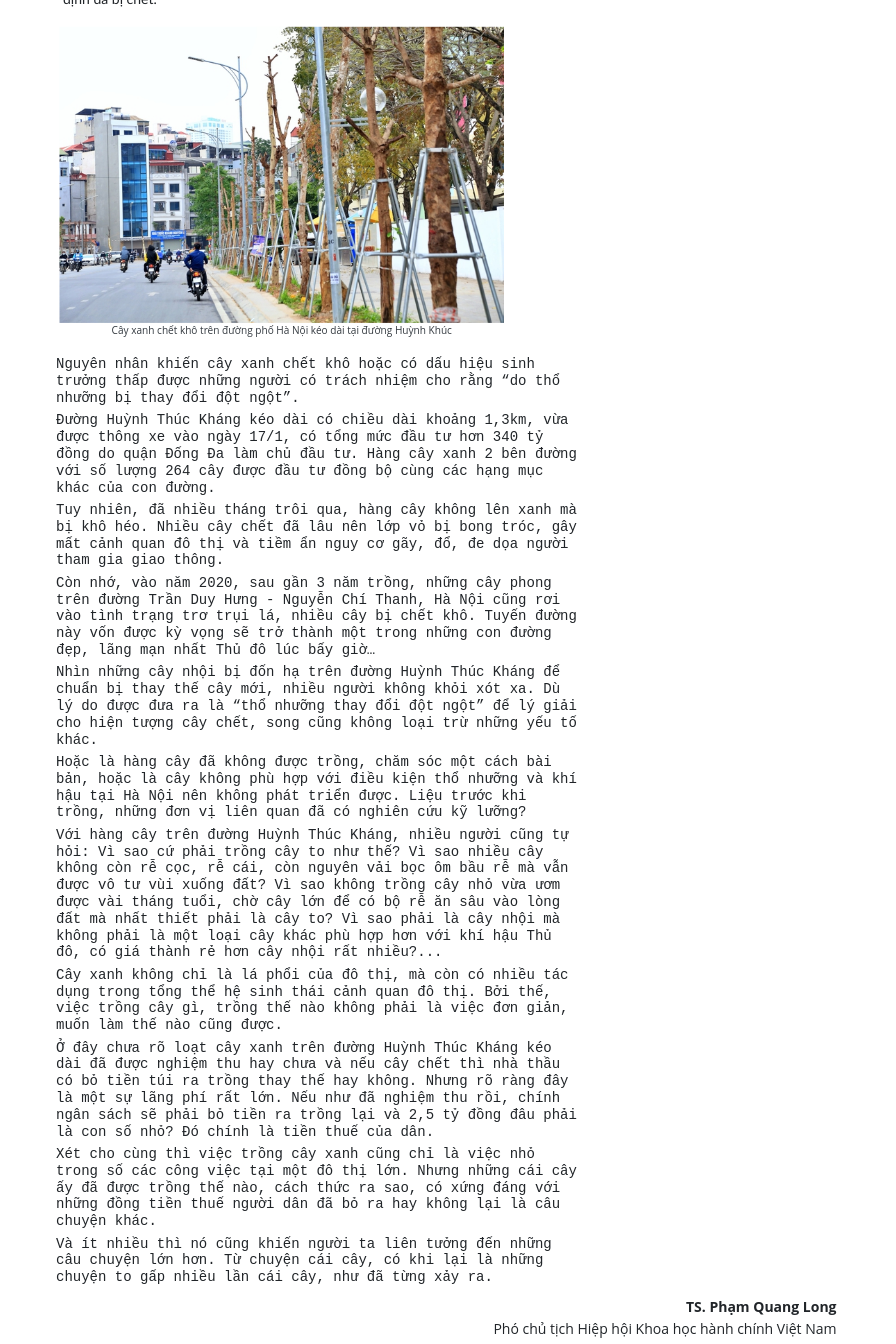
Repository: TRITO719/18_TrinhQuocToan_20081631
Page: So37/html/caykho.html
These files come from the project's save history. The page is drawn as it stood at one moment and after a run of saves; the edit follows.
The browser window is 1280 px wide. The pictures show the part of the page from y = 885 to 2805 px (the page is 2805 px tall), at 70% of full size.

Above is the page before, as saved 2023-04-19 12:58:55.

### So37/html/caykho.html
<!DOCTYPE html>
<html lang="en">
<head>
    <meta charset="UTF-8">
    <meta http-equiv="X-UA-Compatible" content="IE=edge">
    <meta name="viewport" content="width=device-width, initial-scale=1.0">
    <title>Document</title>
    <link rel="stylesheet" href="../css/bootstrap.min.css">
    <script src="../js/jquery-3.6.4.min.js"></script>
    <script src="../js/bootstrap.min.js"></script>
    <link rel="stylesheet" href="../css/style.css">
    <link rel="stylesheet" href="https://cdnjs.cloudflare.com/ajax/libs/font-awesome/4.7.0/css/font-awesome.min.css">
</head>
<body>
    <!--Tao thuong hieu va menu-->
    <div class="container">
        <!--Nhan-->
        <a  href="">
            <img class="navbar-brand-item mx-auto d-block" src="../img/Capture.PNG" alt="">
        </a>
        <!--Menu-->
        <nav class="navbar navbar-expand-lg  navbar-light bg-light sticky-top">
            <div class="navbar-collapse collapse show" id="navbar">
                <ul class="navbar-nav">
                    <!--Trang chu-->
                    <li class="nav-item dropdown">
                        <a class="nav-link dropdown-toggle" id="trangchu" data-toggle="dropdown" aria-haspopup="true" aria-expanded="false" href="#">Trang chủ</a>
                        <div class="dropdown-menu" aria-labelledby="trangchu">
                            <a class="dropdown-item" href="#">Trang chính</a>
                            <a class="dropdown-item" href="#">Trang mua sắm</a>
                            <a class="dropdown-item" href="#">Trang giới thiệu</a>
                        </div>
                    </li>

                        <li class="nav-item dropdown">
                            <a class="nav-link dropdown-toggle" href="#" id="thoisuDropdown" role="button" data-toggle="dropdown" aria-haspopup="true" aria-expanded="false">Thời sự
                            </a>
                            <div class="dropdown-menu" aria-labelledby="thoisuDropdown">
                                <a class="dropdown-item" href="#">Tin nóng</a>
                                <a class="dropdown-item" href="#">Tin mới</a>
                                <a class="dropdown-item" href="#">Tin trong ngày</a>
                                <a class="dropdown-item" href="#">Tin trong tuần</a>
                                <a class="dropdown-item" href="#">Tin chính trị</a>
                                <a class="dropdown-item" href="#">Tin kinh tế</a>
                                <a class="dropdown-item" href="#">Tin giáo dục </a>
                                <a class="dropdown-item" href="#">Tin quân sự</a>
                            </div>
                        </li>
                        <li class="nav-item dropdown">
                            <a class="nav-link dropdown-toggle" href="#" id="thoisuDropdown" role="button" data-toggle="dropdown" aria-haspopup="true" aria-expanded="false">Thế giới
                            </a>
                            <div class="dropdown-menu" aria-labelledby="thoisuDropdown">
                                <a class="dropdown-item" href="#">Tin nóng</a>
                                <a class="dropdown-item" href="#">Tin mới</a>
                                <a class="dropdown-item" href="#">Tin trong ngày</a>
                                <a class="dropdown-item" href="#">Tin trong tuần</a>
                                <a class="dropdown-item" href="#">Tin chính trị</a>
                                <a class="dropdown-item" href="#">Tin kinh tế</a>
                                <a class="dropdown-item" href="#">Tin giáo dục </a>
                                <a class="dropdown-item" href="#">Tin quân sự</a>
                            </div>
                        </li>
                        <li class="nav-item ">
                            <a class="nav-link" href="">Video</a>

                        </li>
                        <li class="nav-item ">
                            <a class="nav-link" href="">Chủ đề</a>

                        </li>

                        <div class="col ml-auto">
                            <form class="d-flex">
                                <input class="form-control me-2" type="search" placeholder="Tìm kiếm" aria-label="Search">
                                <button class="btn btn-outline-success" type="submit">Tìm kiếm</button>
                            </form>

                        </div>

                </ul>

            </div>

        </nav>
        <div class="row text-center " style="font-family:'Gill Sans', 'Gill Sans MT', Calibri, 'Trebuchet MS', sans-serif">
            <h1>Cây xanh chết khô trên đường phố Hà Nội kéo dài tại đường Huỳnh Khúc</h1>
            <p class="text-muted" >04/04/2023</p>
            <h5 class="font-weight-bold">Sáng 3/4, nhiều cây nhội chết khô có đường kính thân 20-25cm trên vỉa hè dọc đường Huỳnh Thúc Kháng kéo dài (Hà Nội) đã được nhổ lên.</h5>
                <figure>
                    <img src="../img/cay-xanh-chet-kho-tren-duong-huynh-thuc-khang-keo-dai-2-16803995389678631728.jpg" class="d-block w-100 trans" alt="Hình ảnh 1">
                    <figcaption class="figure-caption text-center text-dark ">
                        Cây xanh chết khô trên đường phố Hà Nội kéo dài tại đường Huỳnh Khúc
                    </figcaption>


        </div>
        <div class="row">
            <div class="col-7" style="margin: 10px;padding: 10px; font-family: 'Gill Sans', 'Gill Sans MT', Calibri, 'Trebuchet MS', sans-serif;">
                <h5>Hạng mục cây xanh trên tuyến đường này có trị giá khoảng 2,5 tỷ đồng, do nhà thầu thi công là liên danh Công ty Đường bộ Phú Thọ và Công ty CP Đầu tư DCC Hà Nội thực hiện. Trước mắt, có vài chục cây được xác định đã bị chết.</h5>

            </div>
            <div class="col-4">

            </div>
            <div class="col-sm-7 col-md-7">
                    <figure>
                        <img src="../img/cay-xanh-chet-kho-tren-duong-huynh-thuc-khang-keo-dai-2-16803995389678631728.jpg" class="d-block w-100 trans" alt="Hình ảnh 1">
                        <figcaption class="figure-caption text-center text-dark ">
                            Cây xanh chết khô trên đường phố Hà Nội kéo dài tại đường Huỳnh Khúc
                        </figcaption>
                    </figure>
            </div>
            <div class="col-4">

            </div>
            <div class="col-8" style="font-family:monospace; margin: 5px; padding: 5px;">
                <h5>
                    Nguyên nhân khiến cây xanh chết khô hoặc có dấu hiệu sinh trưởng thấp được những người có trách nhiệm cho rằng “do thổ nhưỡng bị thay đổi đột ngột”.
                </h5>
                <h5>
                    Đường Huỳnh Thúc Kháng kéo dài có chiều dài khoảng 1,3km, vừa được thông xe vào ngày 17/1, có tổng mức đầu tư hơn 340 tỷ đồng do quận Đống Đa làm chủ đầu tư. Hàng cây xanh 2 bên đường với số lượng 264 cây được đầu tư đồng bộ cùng các hạng mục khác của con đường.
                </h5>
                <h5>
                    Tuy nhiên, đã nhiều tháng trôi qua, hàng cây không lên xanh mà bị khô héo. Nhiều cây chết đã lâu nên lớp vỏ bị bong tróc, gây mất cảnh quan đô thị và tiềm ẩn nguy cơ gãy, đổ, đe dọa người tham gia giao thông.
                </h5>
                <h5>
                    Còn nhớ, vào năm 2020, sau gần 3 năm trồng, những cây phong trên đường Trần Duy Hưng - Nguyễn Chí Thanh, Hà Nội cũng rơi vào tình trạng trơ trụi lá, nhiều cây bị chết khô. Tuyến đường này vốn được kỳ vọng sẽ trở thành một trong những con đường đẹp, lãng mạn nhất Thủ đô lúc bấy giờ…
                </h5>
                <h5>
                    Nhìn những cây nhội bị đốn hạ trên đường Huỳnh Thúc Kháng để chuẩn bị thay thế cây mới, nhiều người không khỏi xót xa. Dù lý do được đưa ra là “thổ nhưỡng thay đổi đột ngột” để lý giải cho hiện tượng cây chết, song cũng không loại trừ những yếu tố khác.
                </h5>
                <h5>
                    Hoặc là hàng cây đã không được trồng, chăm sóc một cách bài bản, hoặc là cây không phù hợp với điều kiện thổ nhưỡng và khí hậu tại Hà Nội nên không phát triển được. Liệu trước khi trồng, những đơn vị liên quan đã có nghiên cứu kỹ lưỡng?
                </h5>
                <h5>
                    Với hàng cây trên đường Huỳnh Thúc Kháng, nhiều người cũng tự hỏi: Vì sao cứ phải trồng cây to như thế? Vì sao nhiều cây không còn rễ cọc, rễ cái, còn nguyên vải bọc ôm bầu rễ mà vẫn được vô tư vùi xuống đất? Vì sao không trồng cây nhỏ vừa ươm được vài tháng tuổi, chờ cây lớn để có bộ rễ ăn sâu vào lòng đất mà nhất thiết phải là cây to? Vì sao phải là cây nhội mà không phải là một loại cây khác phù hợp hơn với khí hậu Thủ đô, có giá thành rẻ hơn cây nhội rất nhiều?...
                </h5>
                <h5>
                    Cây xanh không chỉ là lá phổi của đô thị, mà còn có nhiều tác dụng trong tổng thể hệ sinh thái cảnh quan đô thị. Bởi thế, việc trồng cây gì, trồng thế nào không phải là việc đơn giản, muốn làm thế nào cũng được.
                </h5>
                <h5>
                    Ở đây chưa rõ loạt cây xanh trên đường Huỳnh Thúc Kháng kéo dài đã được nghiệm thu hay chưa và nếu cây chết thì nhà thầu có bỏ tiền túi ra trồng thay thế hay không. Nhưng rõ ràng đây là một sự lãng phí rất lớn. Nếu như đã nghiệm thu rồi, chính ngân sách sẽ phải bỏ tiền ra trồng lại và 2,5 tỷ đồng đâu phải là con số nhỏ? Đó chính là tiền thuế của dân.
                </h5>
                <h5>
                    Xét cho cùng thì việc trồng cây xanh cũng chỉ là việc nhỏ trong số các công việc tại một đô thị lớn. Nhưng những cái cây ấy đã được trồng thế nào, cách thức ra sao, có xứng đáng với những đồng tiền thuế người dân đã bỏ ra hay không lại là câu chuyện khác.

                </h5>
                <h5>
                    Và ít nhiều thì nó cũng khiến người ta liên tưởng đến những câu chuyện lớn hơn. Từ chuyện cái cây, có khi lại là những chuyện to gấp nhiều lần cái cây, như đã từng xảy ra.
                </h5>
            </div>


        </div>
        <div class="text-right">
            <h5 class="font-weight-bold">
                TS. Phạm Quang Long
            </h5>
            <h5>
                Phó chủ tịch Hiệp hội Khoa học hành chính Việt Nam
            </h5>

        </div>


</body>

### So37/css/style.css
.trans:hover{
    transform: scale(1.05);
    box-shadow: 0 0 10px rgba(0, 0, 0, 0.5);
    transition: transform 0.5s ease-in-out, box-shadow 0.5s ease-in-out;
}
.row1{
    padding: 10px;
    margin: 10px;
}
#text1{
    font-family: 'Trebuchet MS', 'Lucida Sans Unicode', 'Lucida Grande', 'Lucida Sans', Arial, sans-serif;
}
@import url(https://fonts.googleapis.com/css?family=Open+Sans:400,500,300,700);
* {
    font-family: Open Sans;
  }

  section {
    width: 100%;
    display: inline-block;
    background: #333;
    height: 50vh;
    text-align: center;
    font-size: 22px;
    font-weight: 700;
    text-decoration: underline;
  }

  .footer-distributed{
      background: #666;
      box-shadow: 0 1px 1px 0 rgba(0, 0, 0, 0.12);
      box-sizing: border-box;
      width: 100%;
      text-align: left;
      font: bold 16px sans-serif;
      padding: 55px 50px;
  }

  .footer-distributed .footer-left,
  .footer-distributed .footer-center,
  .footer-distributed .footer-right{
      display: inline-block;
      vertical-align: top;
  }

  /* Footer left */

  .footer-distributed .footer-left{
      width: 40%;
  }

  /* The company logo */

  .footer-distributed h3{
      color:  #ffffff;
      font: normal 36px 'Open Sans', cursive;
      margin: 0;
  }

  .footer-distributed h3 span{
      color:  lightseagreen;
  }

  /* Footer links */

  .footer-distributed .footer-links{
      color:  #ffffff;
      margin: 20px 0 12px;
      padding: 0;
  }

  .footer-distributed .footer-links a{
      display:inline-block;
      line-height: 1.8;
    font-weight:400;
      text-decoration: none;
      color:  inherit;
  }

  .footer-distributed .footer-company-name{
      color:  #222;
      font-size: 14px;
      font-weight: normal;
      margin: 0;
  }

  /* Footer Center */

  .footer-distributed .footer-center{
      width: 35%;
  }

  .footer-distributed .footer-center i{
      background-color:  #33383b;
      color: #ffffff;
      font-size: 25px;
      width: 38px;
      height: 38px;
      border-radius: 50%;
      text-align: center;
      line-height: 42px;
      margin: 10px 15px;
      vertical-align: middle;
  }

  .footer-distributed .footer-center i.fa-envelope{
      font-size: 17px;
      line-height: 38px;
  }

  .footer-distributed .footer-center p{
      display: inline-block;
      color: #ffffff;
    font-weight:400;
      vertical-align: middle;
      margin:0;
  }

  .footer-distributed .footer-center p span{
      display:block;
      font-weight: normal;
      font-size:14px;
      line-height:2;
  }

  .footer-distributed .footer-center p a{
      color:  lightseagreen;
      text-decoration: none;;
  }

  .footer-distributed .footer-links a:before {
    content: "|";
    font-weight:300;
    font-size: 20px;
    left: 0;
    color: #fff;
    display: inline-block;
    padding-right: 5px;
  }

  .footer-distributed .footer-links .link-1:before {
    content: none;
  }

  /* Footer Right */

  .footer-distributed .footer-right{
      width: 20%;
  }

  .footer-distributed .footer-company-about{
      line-height: 20px;
      color:  #92999f;
      font-size: 13px;
      font-weight: normal;
      margin: 0;
  }

  .footer-distributed .footer-company-about span{
      display: block;
      color:  #ffffff;
      font-size: 14px;
      font-weight: bold;
      margin-bottom: 20px;
  }

  .footer-distributed .footer-icons{
      margin-top: 25px;
  }

  .footer-distributed .footer-icons a{
      display: inline-block;
      width: 35px;
      height: 35px;
      cursor: pointer;
      background-color:  #33383b;
      border-radius: 2px;

      font-size: 20px;
      color: #ffffff;
      text-align: center;
      line-height: 35px;

      margin-right: 3px;
      margin-bottom: 5px;
  }

  /* If you don't want the footer to be responsive, remove these media queries */

  @media (max-width: 880px) {

      .footer-distributed{
          font: bold 14px sans-serif;
      }

      .footer-distributed .footer-left,
      .footer-distributed .footer-center,
      .footer-distributed .footer-right{
          display: block;
          width: 100%;
          margin-bottom: 40px;
          text-align: center;
      }

      .footer-distributed .footer-center i{
          margin-left: 0;
      }

  }

Loaded but not shown: So37/css/bootstrap.min.css (library); So37/js/jquery-3.6.4.min.js (library); So37/js/bootstrap.min.js (library)

After the next 2 saves:
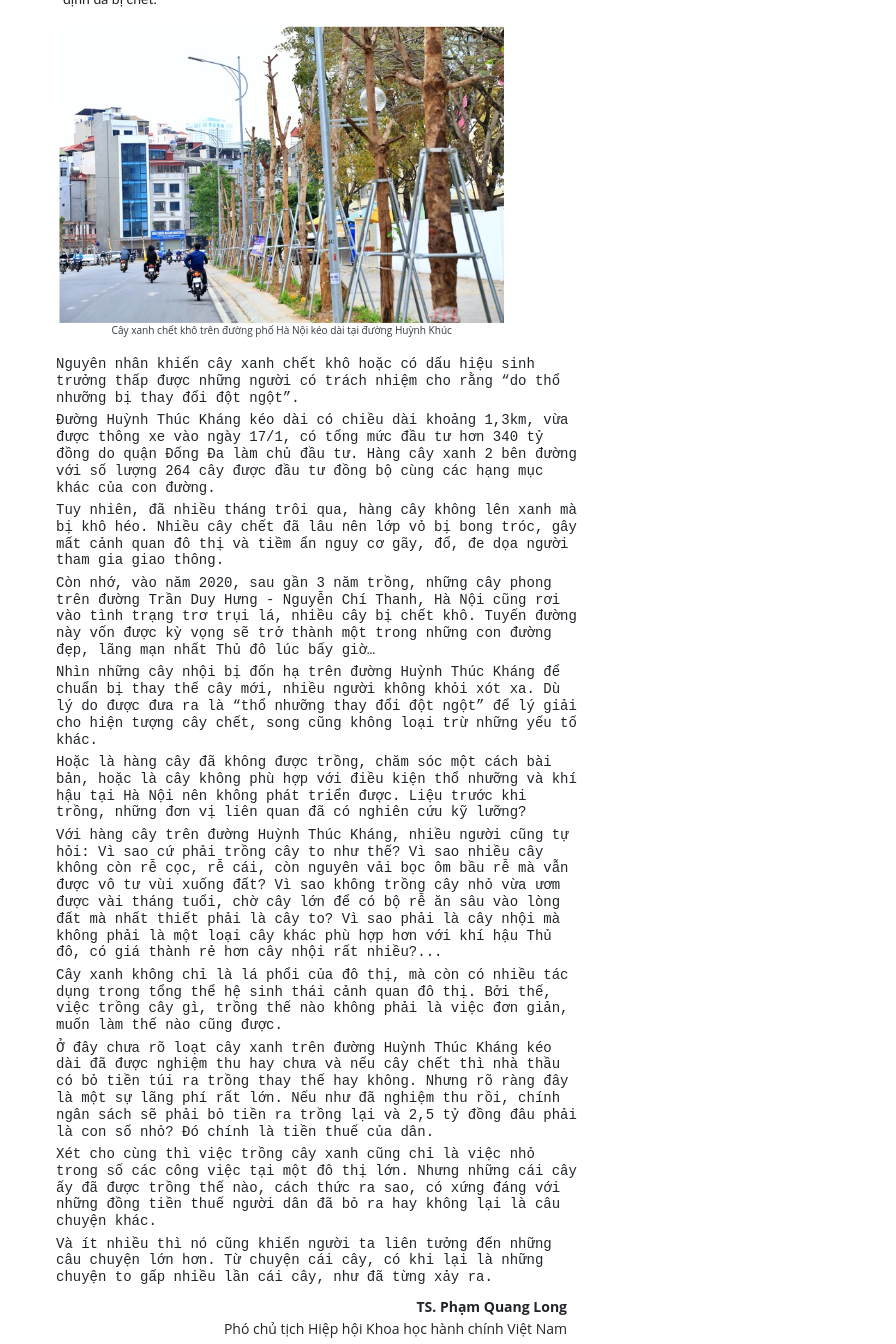
The 2 saves are shown as one change because they came seconds apart.
The last was saved 36 s later.
--- a/So37/html/caykho.html
+++ b/So37/html/caykho.html
@@ -152,13 +152,16 @@
 
 
         </div>
-        <div class="text-right">
-            <h5 class="font-weight-bold">
-                TS. Phạm Quang Long
-            </h5>
-            <h5>
-                Phó chủ tịch Hiệp hội Khoa học hành chính Việt Nam
-            </h5>
+        <div class="col-8">
+            <div class="text-right">
+                <h5 class="font-weight-bold">
+                    TS. Phạm Quang Long
+                </h5>
+                <h5>
+                    Phó chủ tịch Hiệp hội Khoa học hành chính Việt Nam
+                </h5>
+
+            </div>
 
         </div>
 
